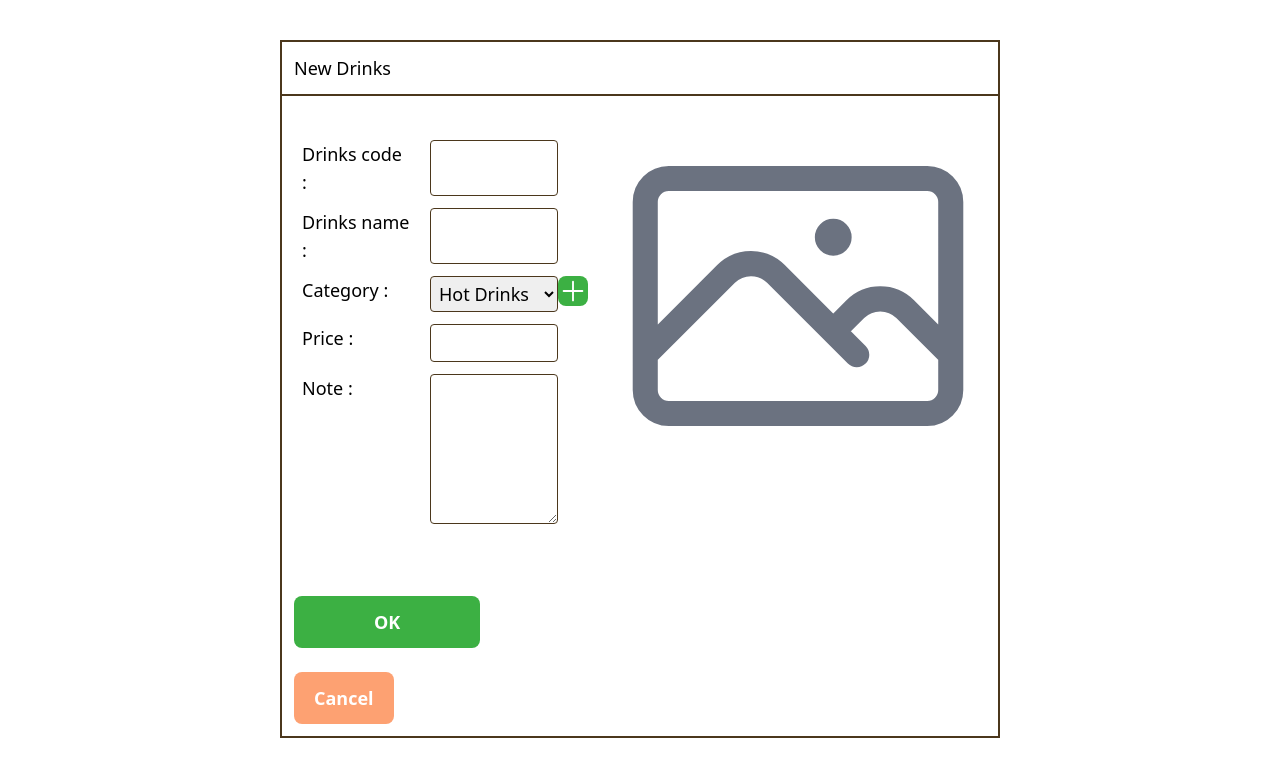
Repository: Dapravith/Midterm-SE-GIC-Cafe-Project-Group16
Page: bin/main/templates/addDrink.html
These files come from the project's save history. The page is drawn as it stood at one moment and after the next save; the edit follows.
The browser window is 1280 px wide. The pictures show the whole page.
Some web libraries are served in a nearby version.

Above is the page before, as saved 2023-05-17 08:28:33.

### bin/main/templates/addDrink.html
<!DOCTYPE html>
<html lang="en">

<head>
    <meta charset="UTF-8">
    <meta http-equiv="X-UA-Compatible" content="IE=edge">
    <meta name="viewport" content="width=device-width, initial-scale=1.0">
    <title>Add New Drink</title>
    <script src="https://cdn.tailwindcss.com"></script>
    <style>
        * {
            margin: 0;
            padding: 0;
            box-sizing: border-box;
        }

        button:hover {
            box-shadow: 0 12px 16px 0 rgba(228, 209, 209, 0.24), 0 17px 50px 0 rgba(90, 81, 81, 0.19);
        }
    </style>
</head>

<body class="m-10 text-lg">
    <!-- CRUD PRODUCTS -->
    <div class="new_drink w-[60%] h-fit m-auto  border-[2px] border-solid border-[#4B371C] ">
        <div class="p-3 head">
            <h2>New Drinks</h2>
        </div>
        <div class="w-[100%] border-[1px] border-solid border-[#4B371C]"></div>
        <div class="flex">
            <div class="add_drink w-[60%]">
                <div class="py-3 ">
                    <form action="#" class="p-5 ">
                        <div class="grid grid-cols-2 mt-3">
                            <label class="mr-5" for="dcode">Drinks code :</label>
                            <input type="text" id="dcode" name="" class="p-1 border-[1px] border-solid border-[#4B371C] rounded" placeholder="">
                        </div>
                        <div class="grid grid-cols-2 mt-3">
                            <label class="mr-5" for="dname">Drinks name :</label>
                            <input type="text" id="dname" name="" class="p-1 border-[1px] border-solid border-[#4B371C] rounded" placeholder="">
                        </div>
                        <div class="grid grid-cols-2 mt-3">
                            <label class="mr-5" for="category">Category :</label>
                            <div class="flex justify-between">
                                <select type="add-item" id="category" name="" class="p-1 border-[1px] border-solid border-[#4B371C] rounded" placeholder="">
                                    <option value="1">Hot Drinks</option >
                                    <option value="2" >Cool Drinks</option >
                                    <option value="3" >Frappe</option >
                                    <option value="4" >Milk Tea</option >
                                </select>
                                <button id="add_category" class=" w-fit h-fit bg-[#3CB043] text-center text-white font-bold cursor-pointer duration-100 rounded-lg">
                                    <svg xmlns="http://www.w3.org/2000/svg" fill="none" viewBox="0 0 24 24" stroke-width="1.5" stroke="currentColor" class="w-[30px] h-[30px] " onclick="showPopup()">
                                        <path stroke-linecap="round" stroke-linejoin="round" d="M12 4.5v15m7.5-7.5h-15" />
                                    </svg>
                                </button>

                            </div>

                        </div>

                        <div class="grid grid-cols-2 mt-3">
                            <label class="mr-5" for="price">Price :</label>
                            <input name="" min="0" type="number" id="price" class="p-1 border-[1px] border-solid border-[#4B371C] rounded" placeholder="">
                        </div>
                        <div class="grid grid-cols-2 mt-3">
                            <label class="mr-5" for="note">Note :</label>
                            <textarea id="note" cols="50" rows="5" name="" class="p-1 w-full border-[1px] border-solid border-[#4B371C] rounded resize-x"> </textarea>
                        </div>
                    </form>
                </div>
                <br />
                <div>
                    <button class=" py-3 bg-[#3CB043] text-center text-white font-bold px-20 m-3 inline-block cursor-pointer duration-100 rounded-lg">OK</button>
                    <button class=" py-3 px-5 bg-[#FDA172] text-center text-white  font-bold p-3 m-3 inline-block cursor-pointer duration-100 rounded-lg">Cancel</button>
                </div>
            </div>
            <!-- images -->
            <div class="ml-5 img">
                <form action="#">
                    <input id="file-input" type="file" name="file" hidden accept="image/*">
                    <label for="file-input" class="cursor-pointer">
                        <div id="image-preview" class="w-[400px] h-fit p-3 border-[#4B371C]">
                            <svg xmlns="http://www.w3.org/2000/svg" fill="none" viewBox="0 0 24 24" stroke-width="1.6" stroke="currentColor" class="w-full h-full text-gray-500">
                                <path stroke-linecap="round" stroke-linejoin="round" d="M2.25 15.75l5.159-5.159a2.25 2.25 0 013.182 0l5.159 5.159m-1.5-1.5l1.409-1.409a2.25 2.25 0 013.182 0l2.909 2.909m-18 3.75h16.5a1.5 1.5 0 001.5-1.5V6a1.5 1.5 0 00-1.5-1.5H3.75A1.5 1.5 0 002.25 6v12a1.5 1.5 0 001.5 1.5zm10.5-11.25h.008v.008h-.008V8.25zm.375 0a.375.375 0 11-.75 0 .375.375 0 01.75 0z" />
                            </svg>
                        </div>
                    </label>
                </form>
            </div>
        </div>
    </div>
    </div>
    </div>
    </div>
    <!-- ADD NEW CATEGORY -->
    <div class="popup w-[100vw] h-[100vh] absolute top-[0] left-[0] bg-[#f1f1f199] hidden z-[100]">
        <main class="w-[20rem] absolute top-[50%] left-[50%] translate-x-[-50%] translate-y-[-50%]">
            <div class="none w-full h-fit m-auto  border-[2px] border-solid border-[#4B371C]">
                <div class="p-3 head">
                    <h2>New Category</h2>
                </div>
                <div class="w-[100%] border-[1px] border-solid border-[#4B371C]"></div>
                <div class="">
                    <form action="#" class="p-3 add_category">
                        <div class="grid grid-cols-2 mt-3">
                            <label for="gcode">Category code :</label>
                            <input type="text" id="dcode" name="" class="category_code border-[1px] border-solid border-[#4B371C] rounded" placeholder="" required>
                        </div>
                        <div class="grid grid-cols-2 mt-3">
                            <label for="gname">Category name :</label>
                            <input type="text" id="gname" name="" class="category_name border-[1px] border-solid border-[#4B371C] rounded" placeholder="" required>
                        </div>
                        <br />
                        <div class="flex">
                            <input id="okay" type="submit" value="OK" class=" py-3 bg-[#3CB043] text-center font-bold text-white px-16 in m-3 p-3 line-block cursor-pointer duration-100 rounded-lg">
                            <button class="cancel py-3 px-5 bg-[#FDA172] text-center font-bold text-white p-3 m-3 inline-block cursor-pointer duration-100 rounded-lg">Cancel</button>
                        </div>
                    </form>
                </div>
            </div>
        </main>

    </div>
    <script>
        const addNewCat = document.getElementById("add_category");
        const popup = document.querySelector(".popup");
        const form_add_category = document.querySelector(".add_category");
        const imagePreview = document.getElementById("image-preview");
        const fileInput = document.getElementById("file-input");

        addNewCat.addEventListener("click", showPopup);

        function showPopup() {
            popup.classList.remove("hidden");
        }

        form_add_category.addEventListener("submit", () => {
            clear();
            popup.classList.add("hidden");
        });

        document.querySelector(".cancel").addEventListener("click", () => {
            clear();
            popup.classList.add("hidden");
        });

        popup.addEventListener("click", (e) => {
            const target = e.target;

            if (target.classList.contains("popup")) {
                clear();
                popup.classList.add("hidden");
            }
        });

        function readImage(input) {
            if (input.files && input.files[0]) {
                const reader = new FileReader();

                reader.onload = function(e) {
                    const fileName = input.files[0].name;

                    imagePreview.innerHTML = `
                  <div class="image-container">
                    <img src="${e.target.result}" alt="Category Image">
                    <p class="image-name">${fileName}</p>
                    <button class="flex inline-flex items-center px-4 py-2 text-sm font-medium text-white bg-red-700 rounded-md item-center hover:bg-red-900">
                        <svg xmlns="http://www.w3.org/2000/svg" class="w-5 h-5 mr-2" fill="none" viewBox="0 0 24 24" stroke="currentColor">
                          <path stroke-linecap="round" stroke-linejoin="round" stroke-width="2" d="M19 7l-.867 12.142A2 2 0 0116.138 21H7.862a2 2 0 01-1.995-1.858L5 7m5 4v6m4-6v6m1-10V4a1 1 0 00-1-1h-4a1 1 0 00-1 1v3M4 7h16" />
                        </svg>

                        Delete
                      </button>
                  </div>
                `;

                    const deleteButton = imagePreview.querySelector(".delete-image");
                    deleteButton.addEventListener("click", () => {
                        clearImagePreview();
                    });
                };

                reader.readAsDataURL(input.files[0]);
            }
        }



        fileInput.addEventListener("change", function() {
            readImage(this);
        });

        function clear() {
            document.getElementById("dcode").value = "";
            document.getElementById("gname").value = "";
            fileInput.value = "";
            clearImagePreview();
        }

        function clearImagePreview() {
            const imageContainer = document.querySelector(".image-container");
            if (imageContainer) {
                imageContainer.remove();
            }
        }
    </script>
</body>

</html>

After the next save:
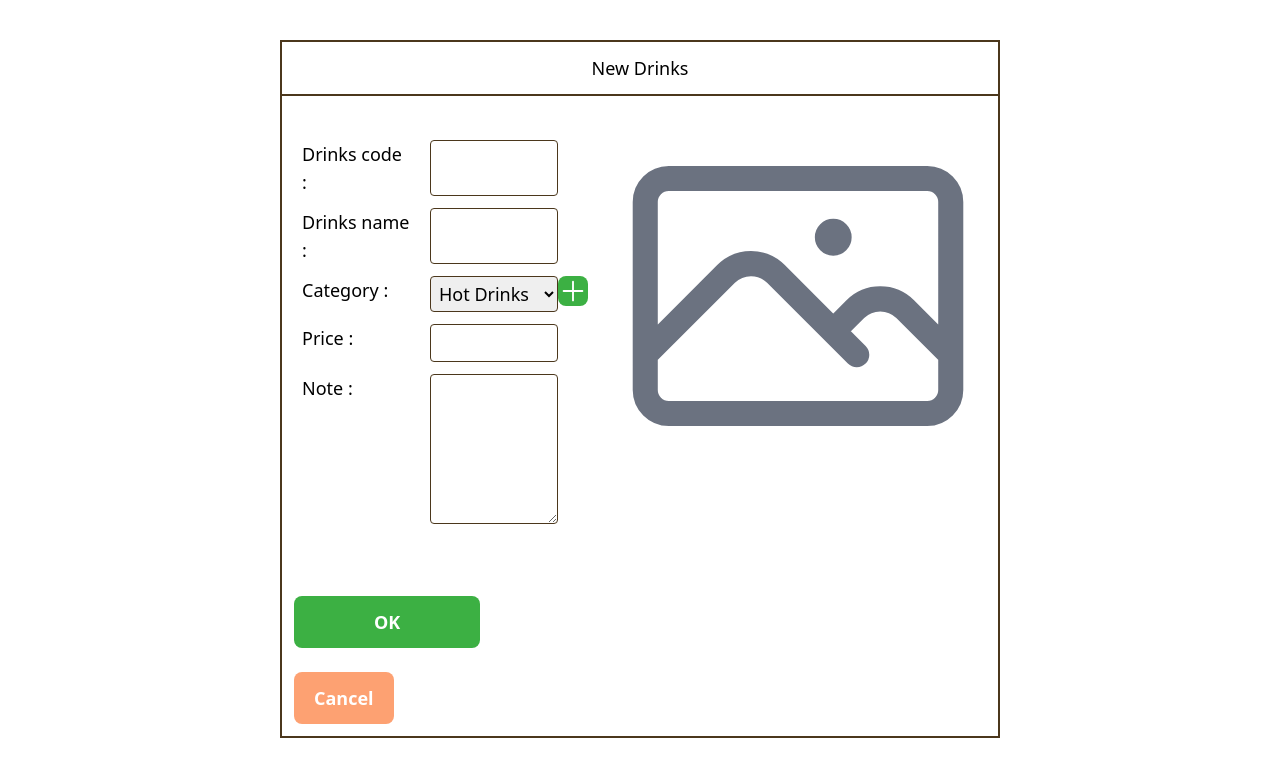
Saved 2 min 13 s later.
--- a/bin/main/templates/addDrink.html
+++ b/bin/main/templates/addDrink.html
@@ -24,7 +24,7 @@
     <!-- CRUD PRODUCTS -->
     <div class="new_drink w-[60%] h-fit m-auto  border-[2px] border-solid border-[#4B371C] ">
         <div class="p-3 head">
-            <h2>New Drinks</h2>
+            <h2 class="text-center">New Drinks</h2>
         </div>
         <div class="w-[100%] border-[1px] border-solid border-[#4B371C]"></div>
         <div class="flex">
